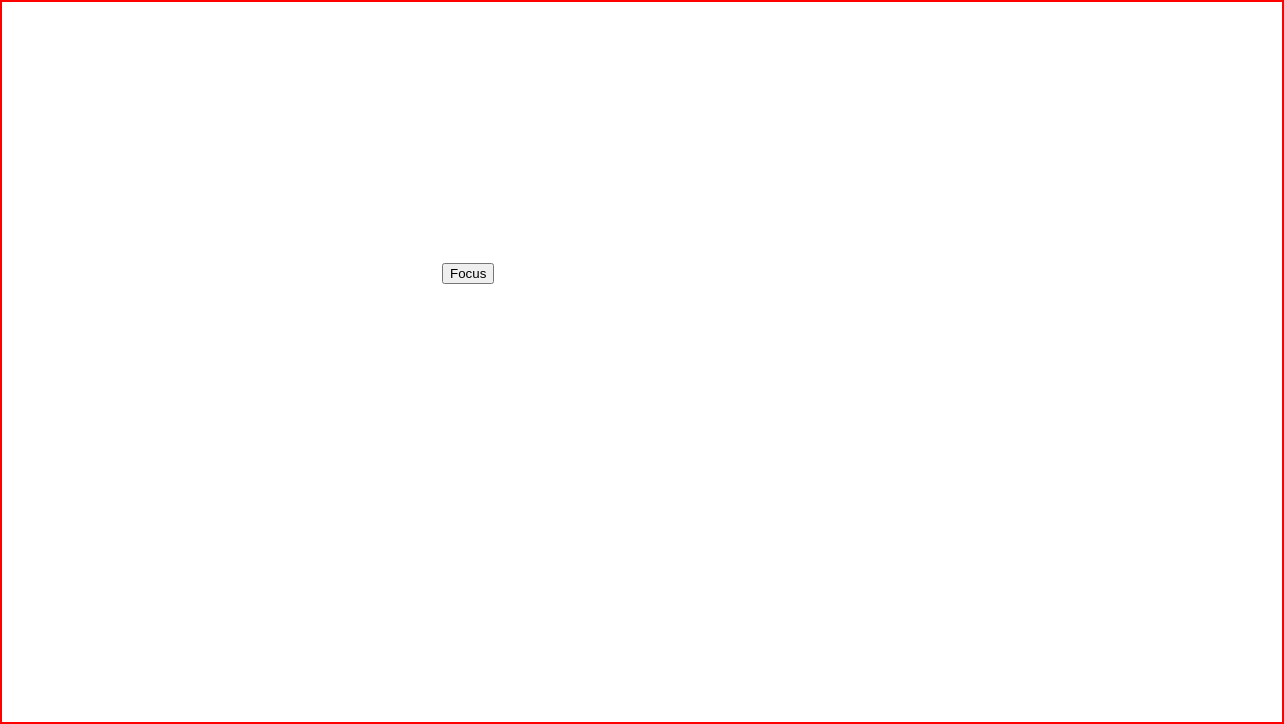
Repository: KrzysKolo/sr_tydzien4_zad5
Page: /
The author's editor kept a copy of each file at every save. The page is drawn from the files as they stood at one save, then again after the next save.
The browser window is 1280 px wide. The page is 1284 px wide, so the pictures cover 1284 px, including what lies to the right of the window. The pictures show the whole page.
The project was rebuilt for these pictures with package versions that can differ from the ones it lists, and the page was loaded fresh each time.

Above is the page before, as saved 2020-12-17 14:05:23.

### src/App.js
import React, { Component } from 'react'
import './App.css';
 class App extends Component {
  onClick = () => {
    console.log("Kliknieto");
  }
  constructor(props) {
    super(props);
    this.surnameInput = React.createRef();
  }
  handleFocusClick = () => {
    this.surnameInput.current.style.background = '#345423';
    this.surnameInput.current.style.color = '#f00';
  }
  handleMouseOut = () => {
    this.surnameInput.current.style.background = '#fff';
    this.surnameInput.current.style.color = '#000';
  }
  render() {
    return (
      <div className="App">
        <div className="btn">
          <button type="button" ref={this.surnameInput} onMouseMove={this.handleFocusClick} onMouseOut={this.handleMouseOut}>Focus</button>
        </div>
      </div>
    )
  }
}
export default App;

### src/App.css
.App {
  width: 100vw;
  height: 100vh;
  display: flex;
  flex-direction: row;
  justify-content: center;
  align-items: center;
  border: 2px solid red;
}
.btn {
  height: 200px;
  width: 400px;
}

Loaded but not shown: public/index.html (common file); src/index.js (common file); src/index.css (common file)

After the next save:
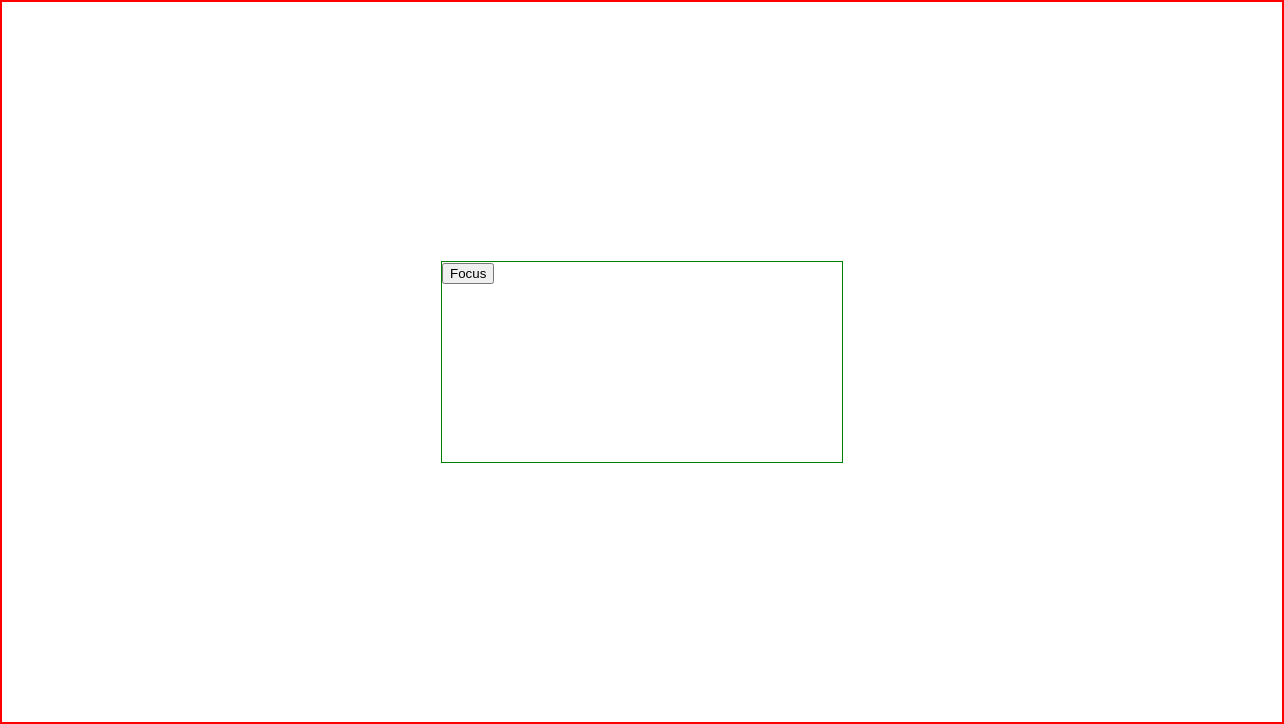
Saved 40 s later.
--- a/src/App.css
+++ b/src/App.css
@@ -10,4 +10,5 @@
 .btn {
   height: 200px;
   width: 400px;
+  border: 1px solid green;
 }
